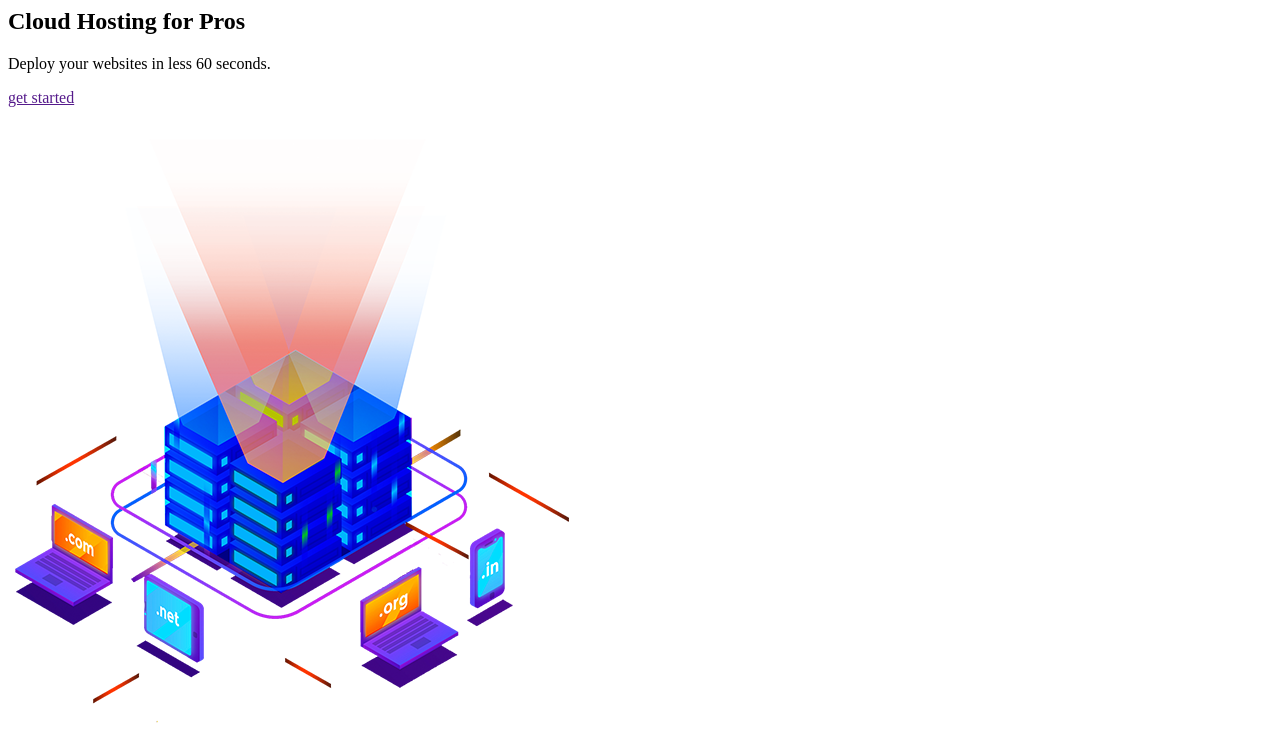
Repository: LeonUIO/first_website
Page: components/hero.html
These files come from the project's save history. The page is drawn as it stood at one moment and after the next save; the edit follows.
The browser window is 1280 px wide. The pictures show the whole page.

Above is the page before, as saved 2021-04-10 16:53:58.

### components/hero.html
<section class="block block--dark block--skewed-left hero">
  <div class="container grid grid--cols-2">
    <header class="block__header hero__content">
      <h1 class="block__heading">Cloud Hosting for Pros</h1>
      <p class="hero__tagline">Deploy your websites in less 60 seconds.</p>
      <a href="" class="btn btn--accent btn--stretched">get started</a>
    </header>
    <img class="hero__image" src="./images/banner.png" alt="" />
  </div>
</section>

After the next save:
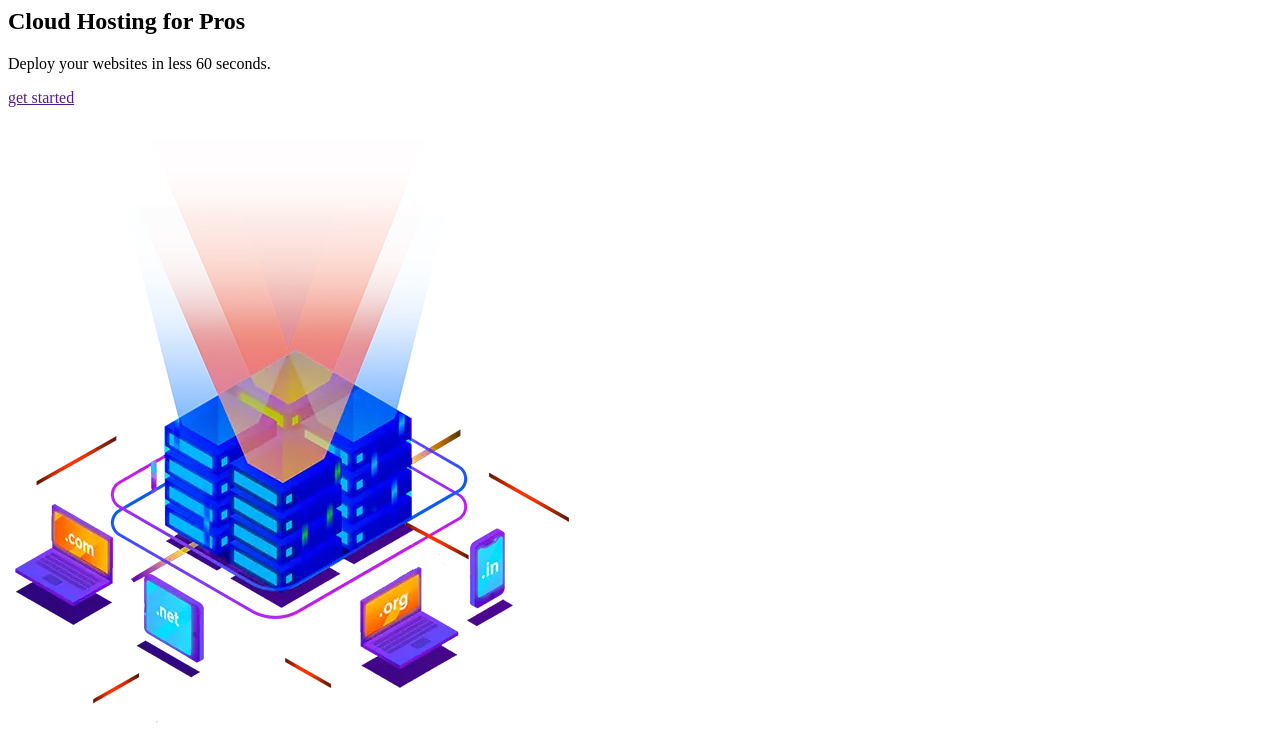
Saved 8 s later.
--- a/components/hero.html
+++ b/components/hero.html
@@ -5,6 +5,13 @@
       <p class="hero__tagline">Deploy your websites in less 60 seconds.</p>
       <a href="" class="btn btn--accent btn--stretched">get started</a>
     </header>
-    <img class="hero__image" src="./images/banner.png" alt="" />
+    <picture>
+      <source
+        type="image/webp"
+        srcset="./images/banner.webp 1x, ./images/banner@2x.webp 2x"
+      ></source>
+      <source type="image/png" srcset="./images/banner.png 1x, ./images/banner@2x.png 2x">
+      <img class="hero__image" src="./images/banner.png" alt=""
+    /></picture>
   </div>
 </section>
